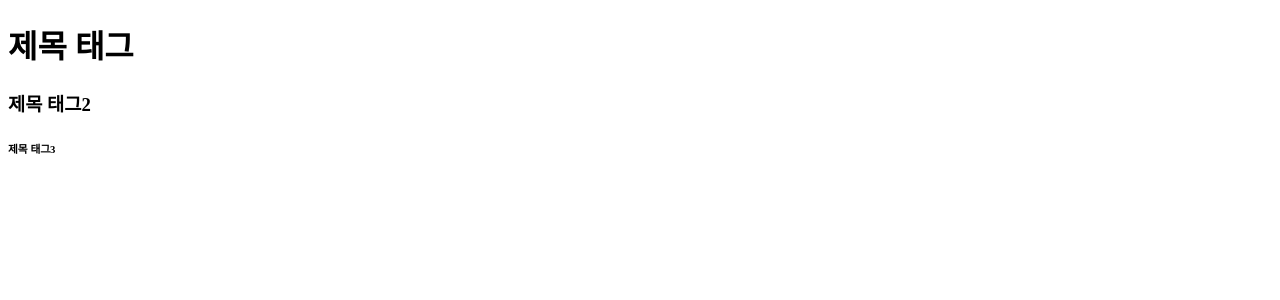
Repository: YeonHaw/jsp
Page: JSPBasic/src/main/webapp/HTML/Index01.html
An editor plug-in stored every save of this project. The page is shown before and after the next save, followed by the edit.
The browser window is 1280 px wide. The pictures show the whole page.

Above is the page before, as saved 2023-12-26 07:49:19.

### JSPBasic/src/main/webapp/HTML/Index01.html
<!DOCTYPE html> <!-- html 문서라는 뜻 -->
<html>
<head> <! -- 페이지에 대한 정보가 들어감(제목,아이콘,화면의 사이즈 정보 등, 검색힌트) -->
<meta charset="UTF-8">
<title>Insert title here</title>
</head>
<body>
<h1>제목 태그</h1>
<h3>제목 태그2</h3>
<h6>제목 태그3</h6>
</body>
</html>

After the next save:
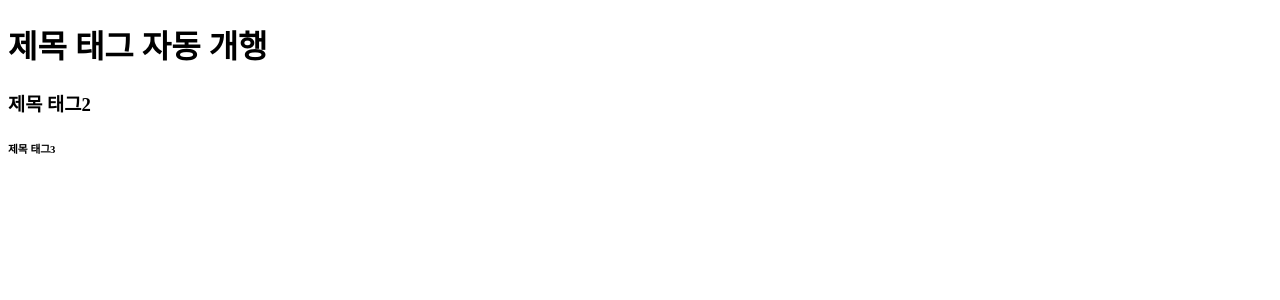
Saved 66 s later.
--- a/JSPBasic/src/main/webapp/HTML/Index01.html
+++ b/JSPBasic/src/main/webapp/HTML/Index01.html
@@ -5,7 +5,7 @@
 <title>Insert title here</title>
 </head>
 <body>
-<h1>제목 태그</h1>
+<h1>제목 태그 자동 개행</h1>
 <h3>제목 태그2</h3>
 <h6>제목 태그3</h6>
 </body>
